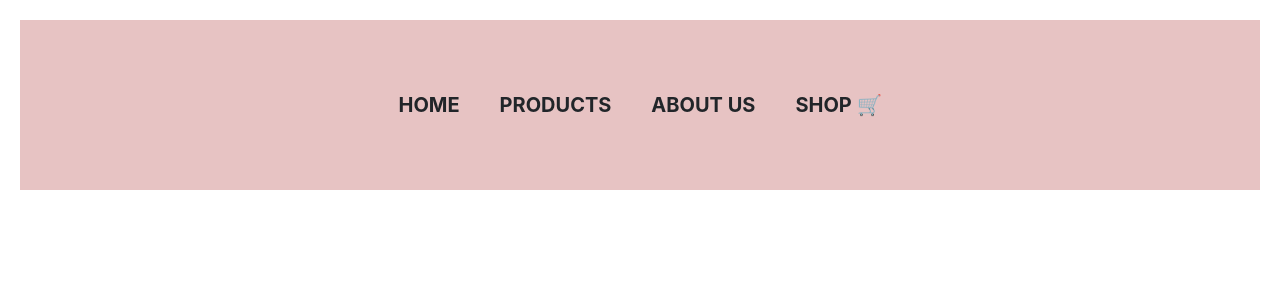
Repository: thf4/Project-Shop
Page: /
The author's editor kept a copy of each file at every save. The page is drawn from the files as they stood at one save, then again after the next save.
The browser window is 1280 px wide. The pictures show the whole page.
The project was rebuilt for these pictures with package versions that can differ from the ones it lists, and the page was loaded fresh each time.

Above is the page before, as saved 2021-04-22 11:27:57.

After the next save:
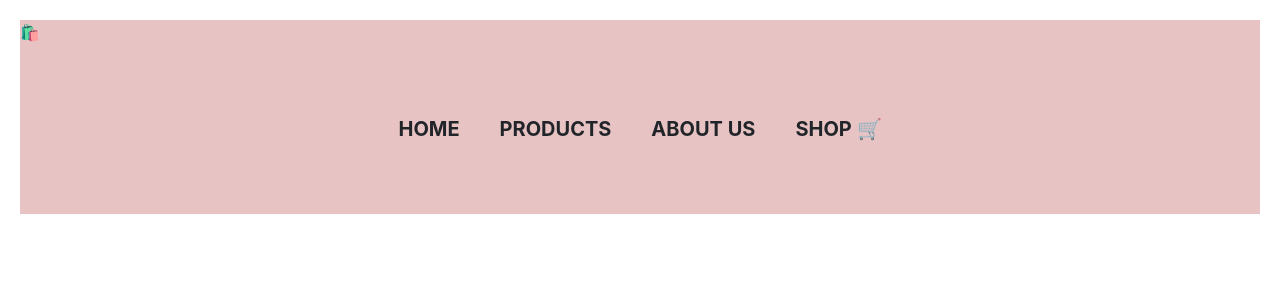
Saved 6 min 43 s later.
--- a/src/App.js
+++ b/src/App.js
@@ -4,6 +4,7 @@ function App() {
   return (
     <div className="App">
       <header className="App-header">
+      🛍
         <ul id="Lista">
           <li> HOME </li>
           <li> PRODUCTS </li>
